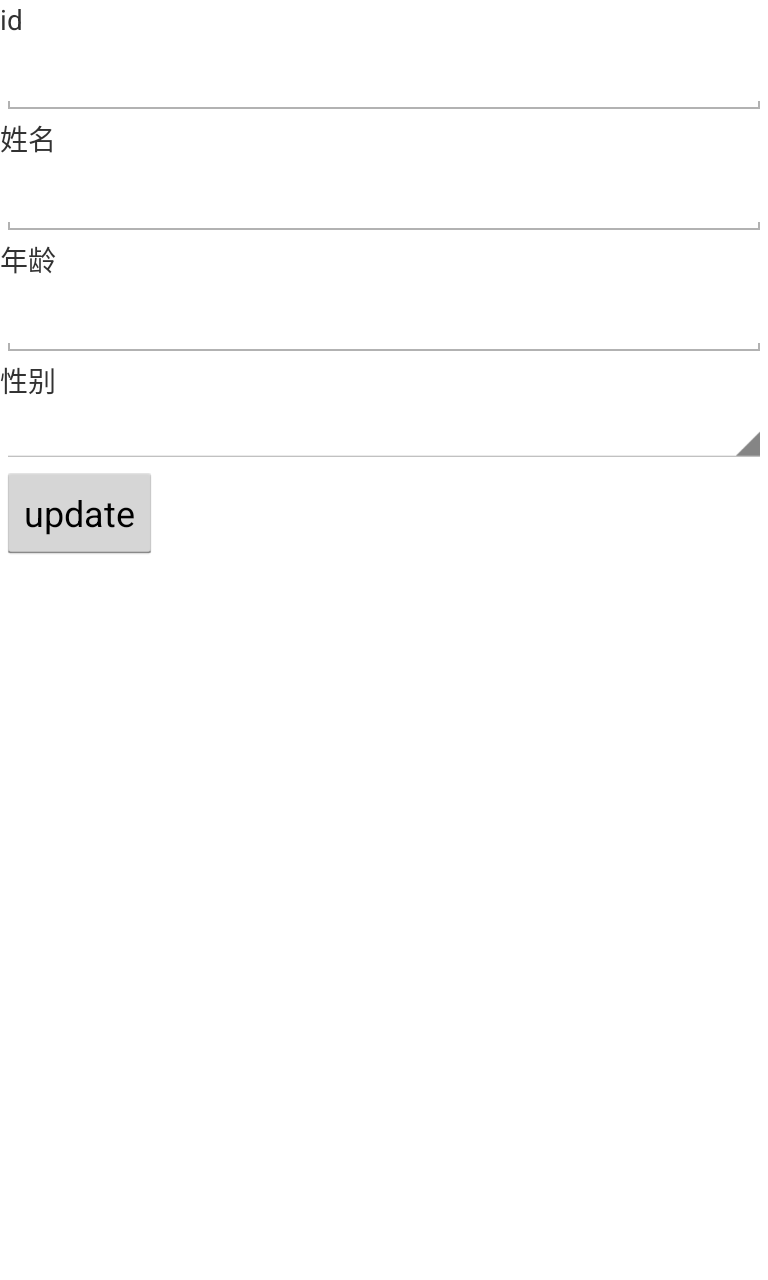
Repository: superlikex/Android_task
Layout: DatabaseTest/res/layout/activity_set.xml
An editor plug-in stored every save of this project. The layout is shown before and after the next save, followed by the edit.
It is drawn on a 768 x 1280 px phone screen (xhdpi) without system bars, with theme AppTheme; the app's code is not run.

Above is the layout before, as saved 2015-12-06 07:08:01.

After the next save:
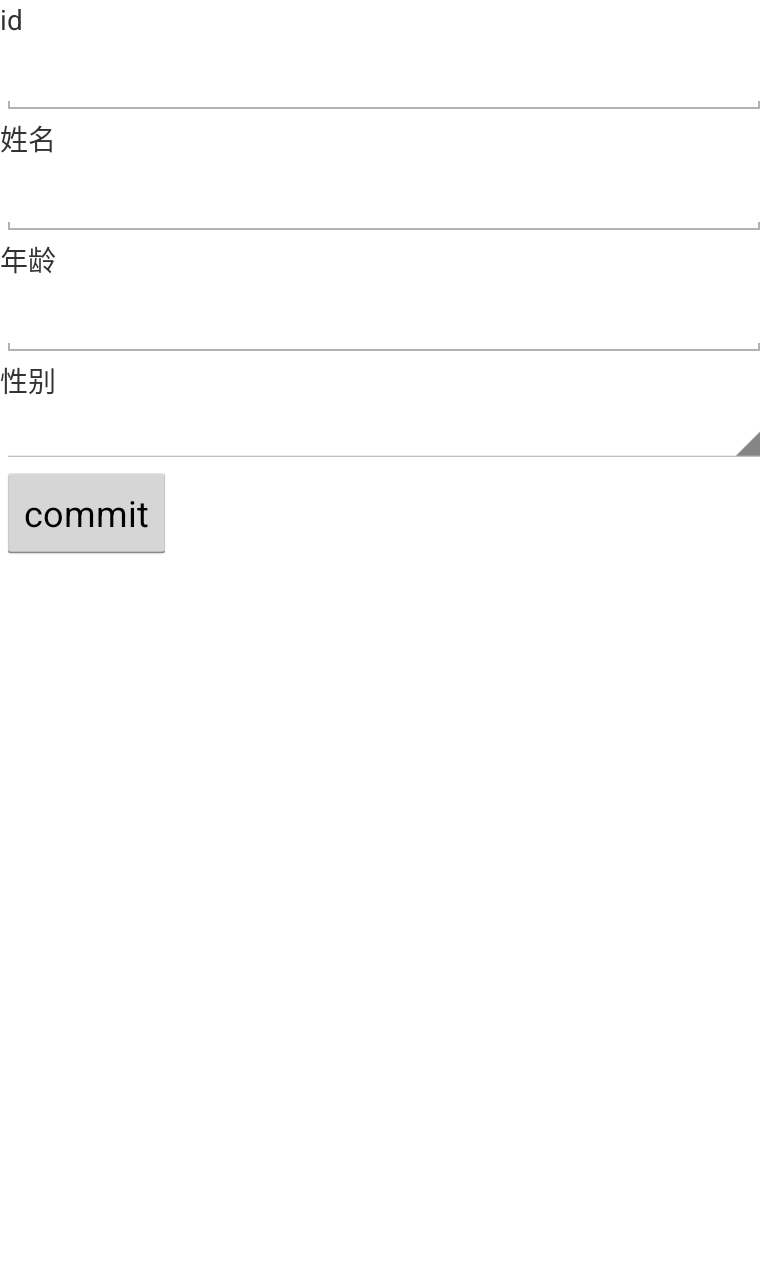
Saved 4 min 27 s later.
--- a/DatabaseTest/res/layout/activity_set.xml
+++ b/DatabaseTest/res/layout/activity_set.xml
@@ -61,6 +61,6 @@
         android:id="@+id/bt_commit"
         android:layout_width="wrap_content"
         android:layout_height="wrap_content"
-        android:text="update" />
+        android:text="commit" />
 
 </LinearLayout>
